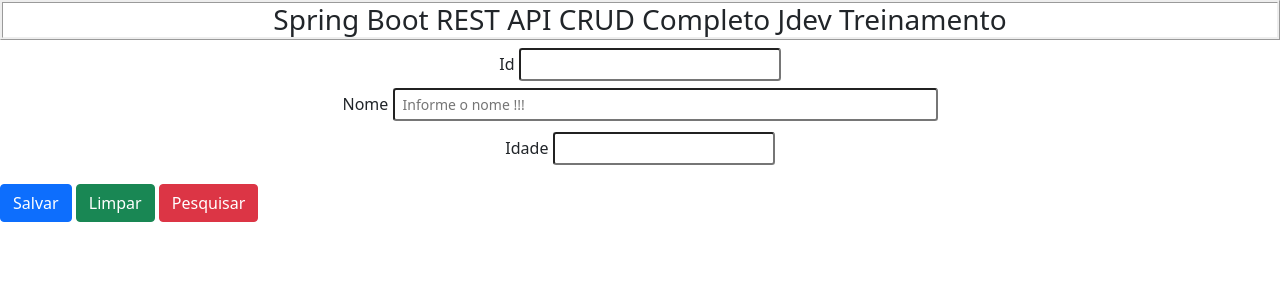
Repository: isaquelimaof/REST-API-SpringBoot
Page: springboot-rest-api-sample/src/main/resources/static/index.html
These files come from the project's save history. The page is drawn as it stood at one moment and after the next save; the edit follows.
The browser window is 1280 px wide. The pictures show the whole page.

Above is the page before, as saved 2022-05-05 18:05:35.

### springboot-rest-api-sample/src/main/resources/static/index.html
<!DOCTYPE html>
<html lang="pt-br">
<head>
<meta charset="utf-8">
<meta name="viewport" content="width=device-width, initial-scale=1">
<link rel="stylesheet" type="text/css" href="css.css" media="screen" />
<!-- Bootstrap CSS -->
<link
	href="https://cdn.jsdelivr.net/npm/bootstrap@5.1.3/dist/css/bootstrap.min.css"
	rel="stylesheet"
	integrity="sha384-1BmE4kWBq78iYhFldvKuhfTAU6auU8tT94WrHftjDbrCEXSU1oBoqyl2QvZ6jIW3"
	crossorigin="anonymous">
<title>API REST FULL</title>
</head>
<body>
	<h3>Spring Boot REST API CRUD Completo Jdev Treinamento</h3>

	<form action="" id="formCadastroUser">

		<div class="mb-1">
			<label for="id" class="form-label">Id</label> <input type="text"
				class="form-control-sm" id="id" size="25px" readonly="readonly">
		</div>
		<div class="mb-2">
			<label for="nome" class="form-label">Nome</label> <input type="text"
				id="nome" class="form-control-sm" size="60px"
				placeholder="Informe o nome !!!">
		</div>
		<div class="mb-3">
			<label for="idade" class="form-label">Idade</label> <input
				type="number" class="form-control-sm" id="idade">
		</div>
	</form>

	<button type="button" class="btn btn-primary" onclick="salvarUsuario()">Salvar</button>
	<button type="button" class="btn btn-success"
		onclick="document.getElementById('formCadastroUser').reset()">Limpar</button>
	<button type="button" class="btn btn-danger" data-bs-toggle="modal"
		data-bs-target="#modalPesquisarUser" data-bs-whatever="@getbootstrap">Pesquisar</button>

	<div class="modal fade" id="modalPesquisarUser" tabindex="-1"
		aria-labelledby="exampleModalLabel" aria-hidden="true">
		<div class="modal-dialog">
			<div class="modal-content">
				<div class="modal-header">
					<h5 class="modal-title" id="exampleModalLabel">Pesquisar
						Usuário</h5>
					<button type="button" class="btn-close" data-bs-dismiss="modal"
						aria-label="Close"></button>
				</div>
				<div class="modal-body">
					<form>
						<div class="mb-3">
							<label for="nameBusca" class="col-form-label">Nome:</label>
							<input type="text" class="form-control" id="nameBusca">
						</div>

						<button type="button" class="btn btn-success">Pesquisar !</button>
						<!-- <div class="mb-3">
							<label for="message-text" class="col-form-label">Message:</label>
							<textarea class="form-control" id="message-text"></textarea>
						</div>  -->

					</form>

					<table class="table">
						<thead>
							<tr>
								<th scope="col">ID</th>
								<th scope="col">Nome</th>
								<th scope="col">Editar</th>
							</tr>
						</thead>
						<tbody>
							<tr>
								<th scope="row">1</th>
								<td>Mark</td>
								<td>Otto</td>
								<td>@mdo</td>
							</tr>
							<tr>
								<th scope="row">2</th>
								<td>Jacob</td>
								<td>Thornton</td>
								<td>@fat</td>
							</tr>

						</tbody>
					</table>

				</div>

				<!-- <div class="modal-footer">
						<button type="button" class="btn btn-primary">Send message</button>-->
				<button type="button" class="btn btn-danger" data-bs-dismiss="modal">Sair
					!</button>

			</div>
		</div>
	</div>
	</div>


	<script src="https://code.jquery.com/jquery-3.6.0.min.js"
		integrity="sha256-/xUj+3OJU5yExlq6GSYGSHk7tPXikynS7ogEvDej/m4="
		crossorigin="anonymous"></script>

	<!-- Option 1: Bootstrap Bundle with Popper -->
	<script
		src="https://cdn.jsdelivr.net/npm/bootstrap@5.1.3/dist/js/bootstrap.bundle.min.js"
		integrity="sha384-ka7Sk0Gln4gmtz2MlQnikT1wXgYsOg+OMhuP+IlRH9sENBO0LRn5q+8nbTov4+1p"
		crossorigin="anonymous"></script>


	<script type="text/javascript">
		function salvarUsuario() {
			//busca valores no campo
			var id = $("#id").val();
			var nome = $("#nome").val();
			var idade = $("#idade").val();

			//Trabalhando com Ajax - Sempre vai ser usado esse modelo para se comunicar com a API
			$.ajax({
				method : "POST",
				url : "salvar",
				data : JSON.stringify({
					id : id,
					nome : nome,
					idade : idade
				}),
				contentType : "application/json; charset=utf-8",
				success : function(response) {
					$("#id").val(response.id);
					alert("Salvo com Sucesso!");
				}
			}).fail(function(xhr, status, errorThrown) {
				alert("Erro ao salvar usuario !: " + xhr.responseText);
			});

		}
	</script>

</body>
</html>

### springboot-rest-api-sample/src/main/resources/static/css.css
@charset "utf-8";

h3 {
	text-align: center;

}
.mb-1{
	text-align: center;
}
.mb-2{
	text-align: center;
}
.mb-3{
	text-align: center;
}

.class .btn {
	text-align: center;
}
h3 {
	border-style: ridge;
	}

After the next save:
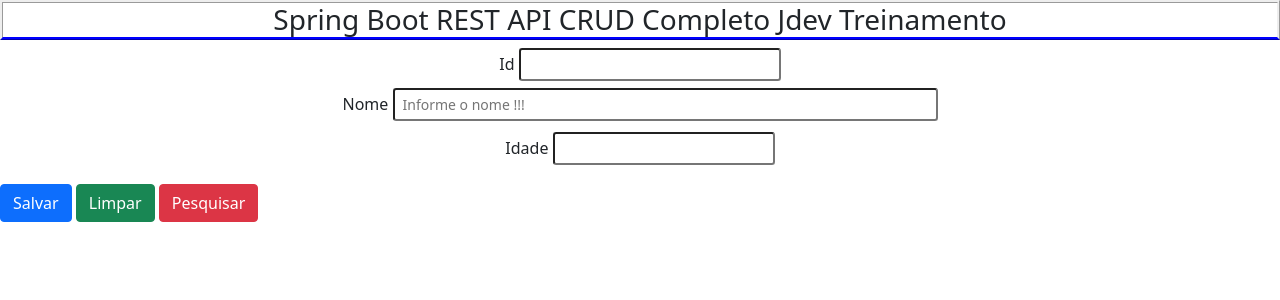
Saved 23 s later.
--- a/springboot-rest-api-sample/src/main/resources/static/css.css
+++ b/springboot-rest-api-sample/src/main/resources/static/css.css
@@ -19,4 +19,5 @@
 }
 h3 {
 	border-style: ridge;
+	border-bottom-color: blue;
 	}
